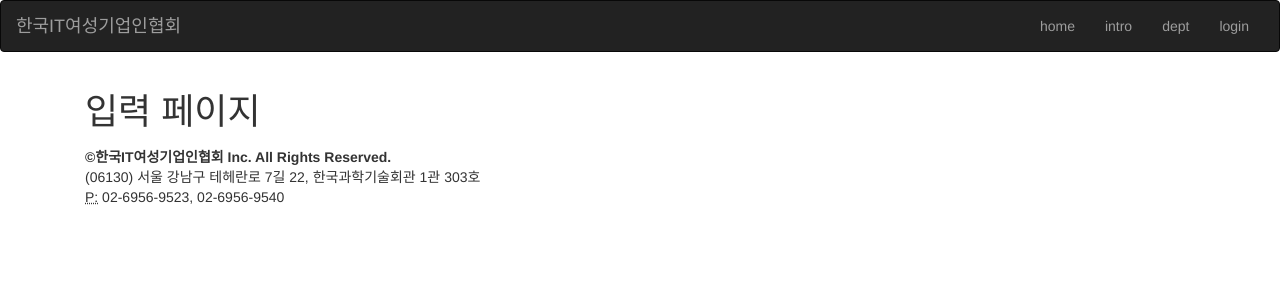
Repository: minho00123/sw-professional-training
Page: http://localhost/sts05/WEB-INF/views/dept/one.jsp
The author's editor kept a copy of each file at every save. The page is drawn from the files as they stood at one save, then again after the next save.
The browser window is 1280 px wide. The pictures show the whole page.
The page is served by Tomcat 9. Nobody is signed in. The template is opened directly, without the code that normally fills it, so the values that code supplies are empty.

Above is the page before, as saved 2025-05-19 05:21:51.

After the next save:
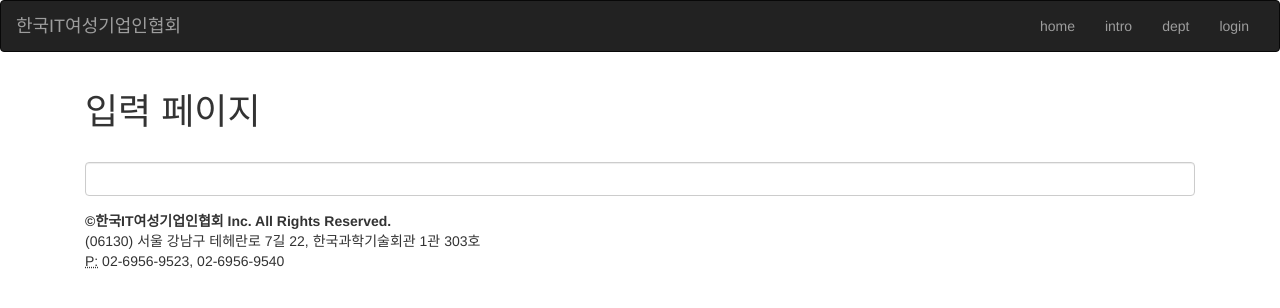
Saved 18 s later.
--- a/stsWorkspace/sts05/src/main/webapp/WEB-INF/views/dept/one.jsp
+++ b/stsWorkspace/sts05/src/main/webapp/WEB-INF/views/dept/one.jsp
@@ -11,7 +11,9 @@
 	<%@ include file="../layout/menu.jspf"%>
 	<h1>입력 페이지</h1>
 	<form class="form" action="add" method="post">
-		<div class="form-group"></div>
+		<div class="form-group">
+			<label></label><input class="form-control" />
+		</div>
 	</form>
 	<%@ include file="../layout/footer.jspf"%>
 </body>
